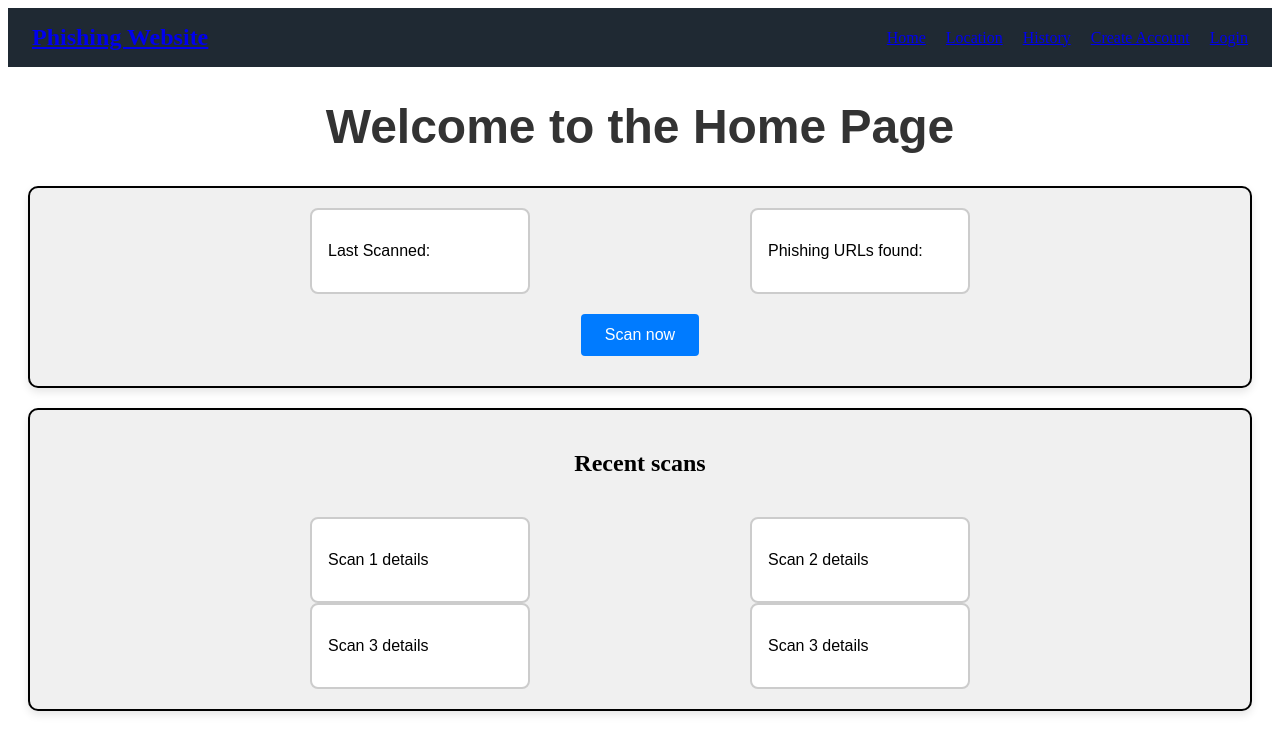
Repository: 2305199/Final-year-project
Page: / (app in frontend/)
These files come from the project's save history. The page is drawn as it stood at one moment and after the next save; the edit follows.
The browser window is 1280 px wide. The pictures show the whole page.
The project was rebuilt for these pictures with package versions that can differ from the ones it lists, and the page was loaded fresh each time. Also part of the build but not shown: frontend/vite.config.js, frontend/src/Location/Location.jsx, frontend/src/History/History.jsx, frontend/src/User/CreateAccount.jsx, frontend/src/User/Login.jsx.

Above is the page before, as saved 2026-01-29 01:38:02.

After the next save:
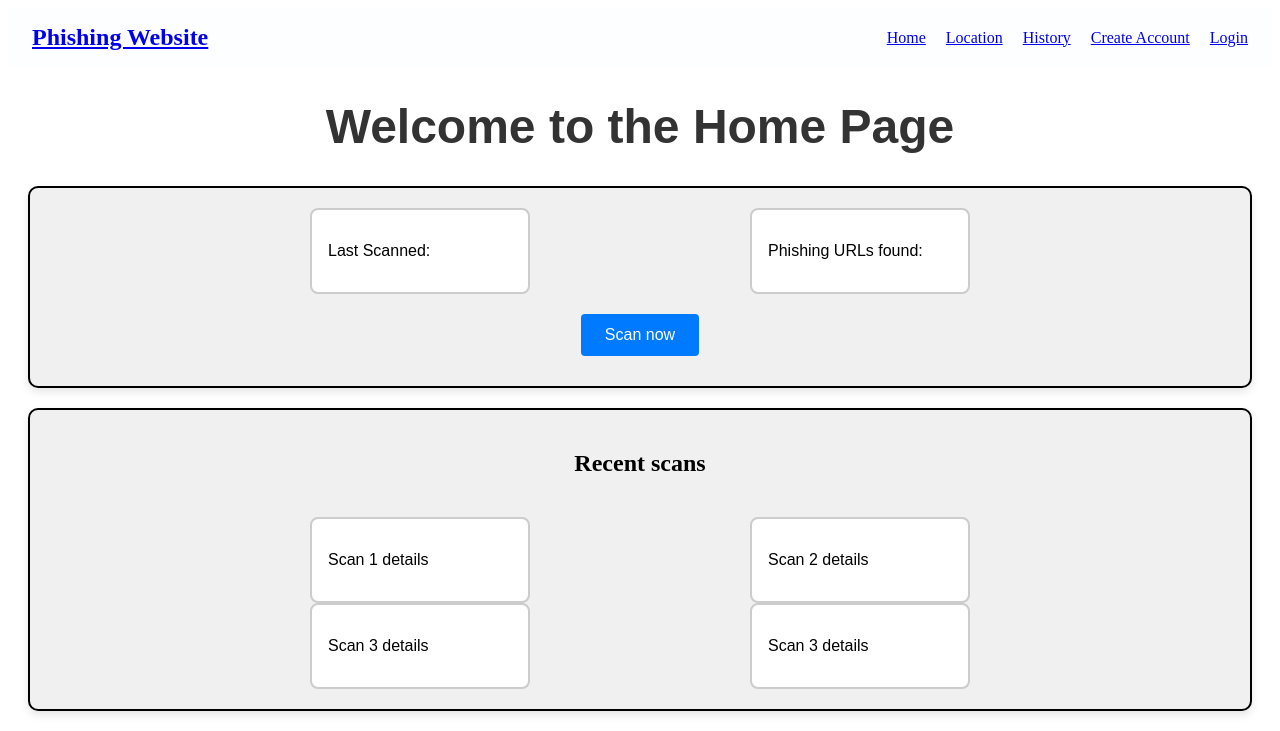
Saved 21 s later.
--- a/frontend/src/components/Header.module.css
+++ b/frontend/src/components/Header.module.css
@@ -10,7 +10,7 @@
   justify-content: space-between;
   align-items: center;
   padding: 16px 24px;
-  background-color: #1f2933; /* dark navbar */
+  background-color: #fdfeff; /* dark navbar */
 }
 .logo {
   margin: 0;
